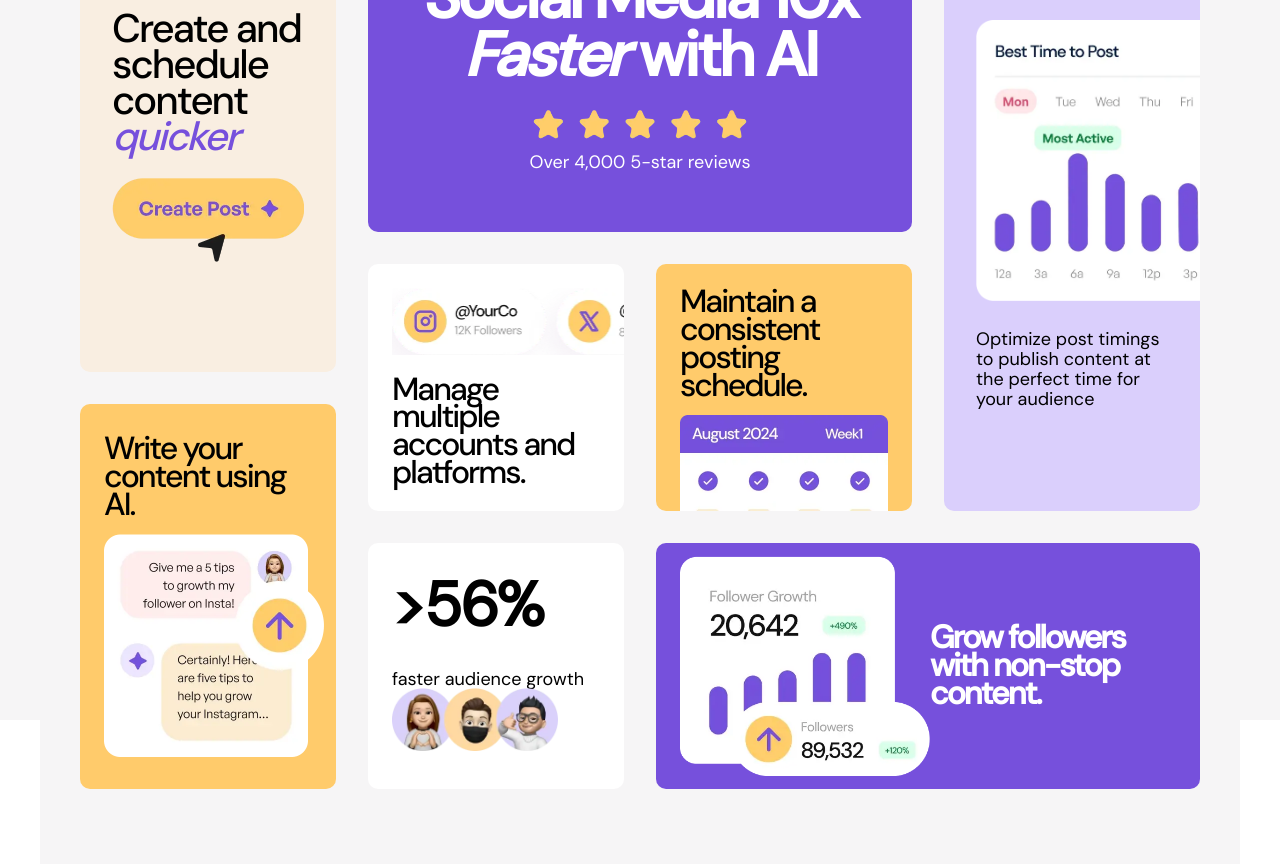
Repository: brandontaylor1/bento-grid
Page: index.html
The author's editor kept a copy of each file at every save. The page is drawn from the files as they stood at one save, then again after the next save.
The browser window is 1280 px wide. The pictures show the whole page.

Above is the page before, as saved 2025-01-22 22:58:56.

After the next save:
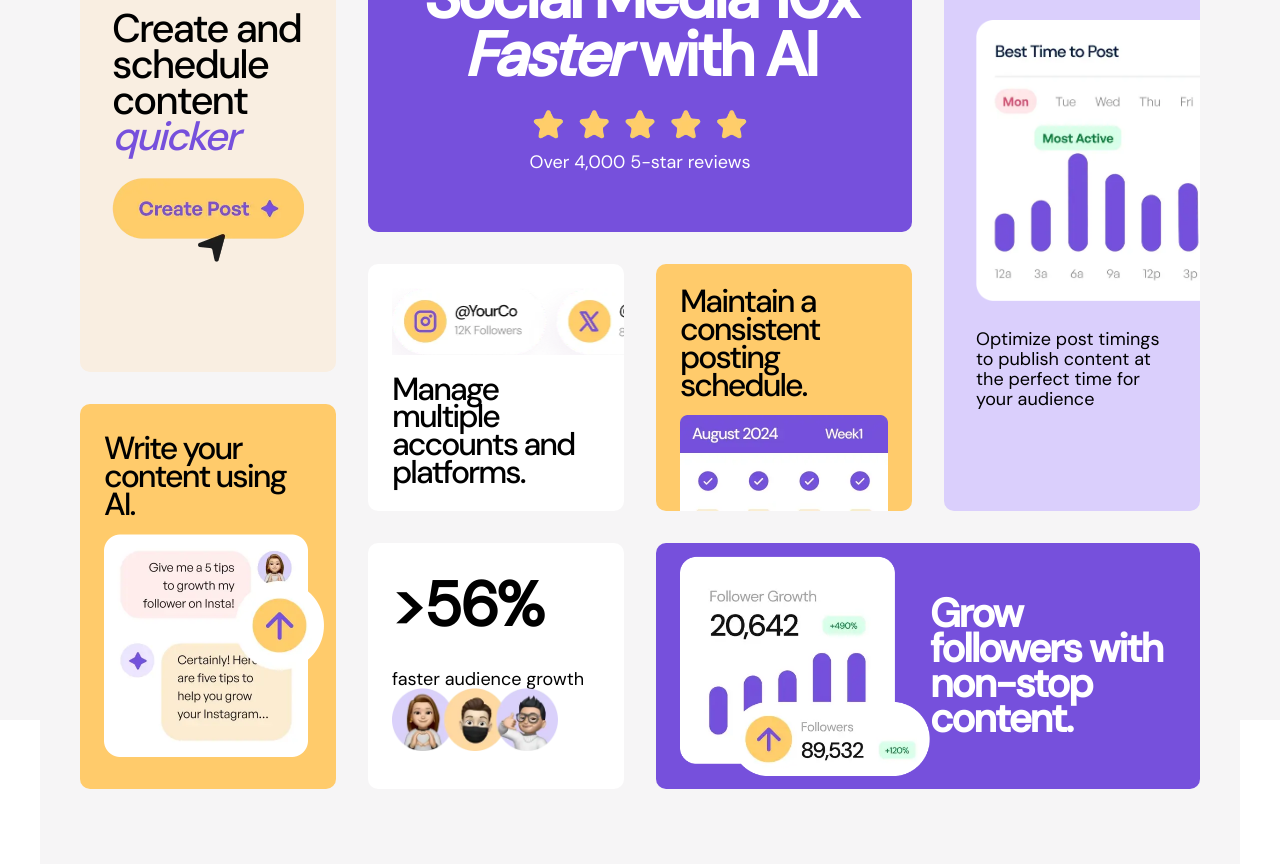
Saved 27 s later.
--- a/styles.css
+++ b/styles.css
@@ -228,7 +228,7 @@
 
 .grid-item-5 h3 {
     color: var(--white);
-    font-size: var(--font-size-h3);
+    font-size: var(--font-size-h2);
 }
 
 .grid-item-6 {
